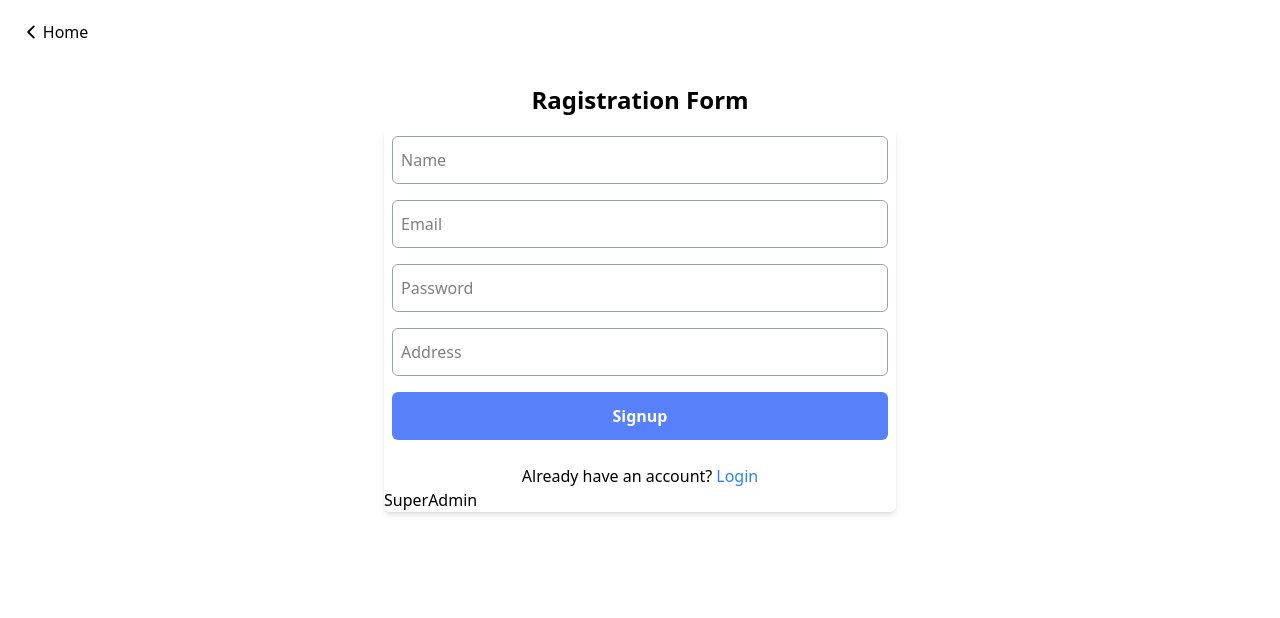
Repository: GAURAV-KUMAR22/restro-food-order-app
Page: /signup (app in qr-app/)
These files come from the project's save history. The page is drawn as it stood at one moment and after the next save; the edit follows.
The browser window is 1280 px wide. The pictures show the whole page.
The page's requests for data from a server got no answer. The project was rebuilt for these pictures with package versions that can differ from the ones it lists, and the page was loaded fresh each time. No one was signed in, and anything a server would have sent is missing. Also part of the build but not shown: qr-app/vite.config.js, qr-app/src/Services/ProtectedRoutes.jsx, qr-app/src/components/CardItem.jsx, qr-app/src/components/CardDetails.jsx, qr-app/src/components/Client/CategoryCard.jsx, qr-app/src/Services/Socket.js, qr-app/src/components/Client/OrderStatusCard.jsx, qr-app/src/components/Client/SearchInput.jsx and 33 more.

Above is the page before, as saved 2025-06-11 09:52:22.

After the next save:
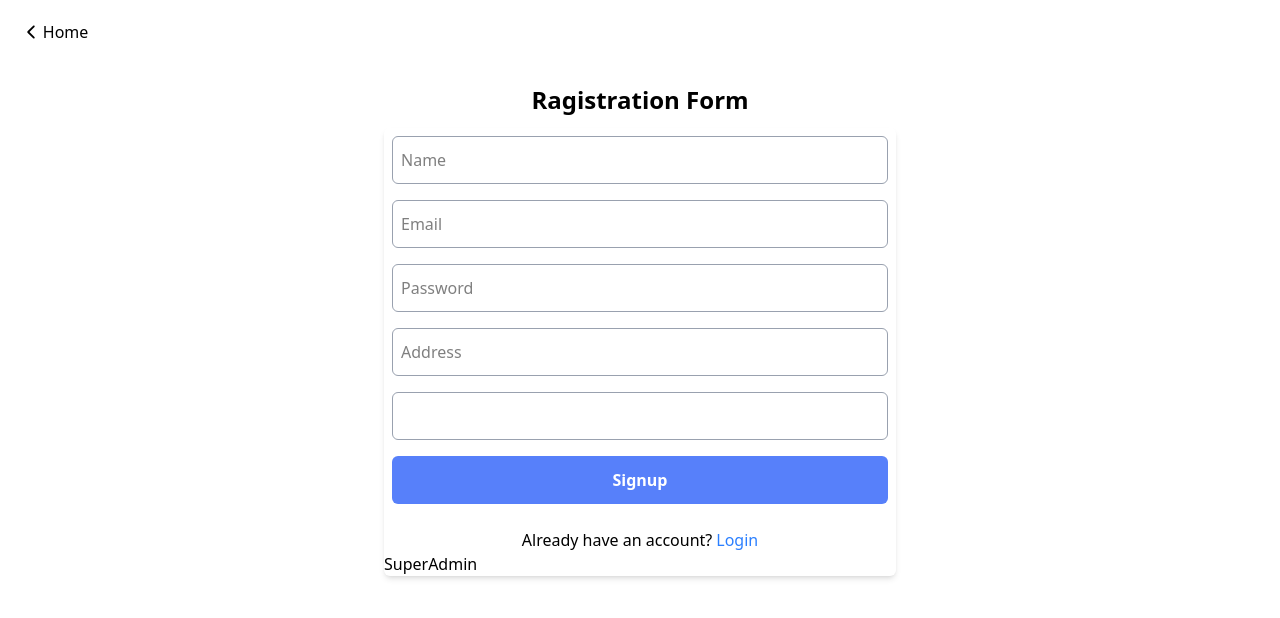
Saved 21 s later.
--- a/qr-app/src/Pages/Auth/Signup.jsx
+++ b/qr-app/src/Pages/Auth/Signup.jsx
@@ -112,7 +112,10 @@ export const Signup = () => {
             {errors.address && <p style={{ color: "red" }}>{errors.address}</p>}
           </div>
           <div className="flex flex-col">
-            <label htmlFor="file-upload"></label>
+            <label
+              htmlFor="file-upload"
+              className="m-2 border border-gray-400 pl-2 h-12 rounded-md"
+            ></label>
 
             <input
               type="file"
